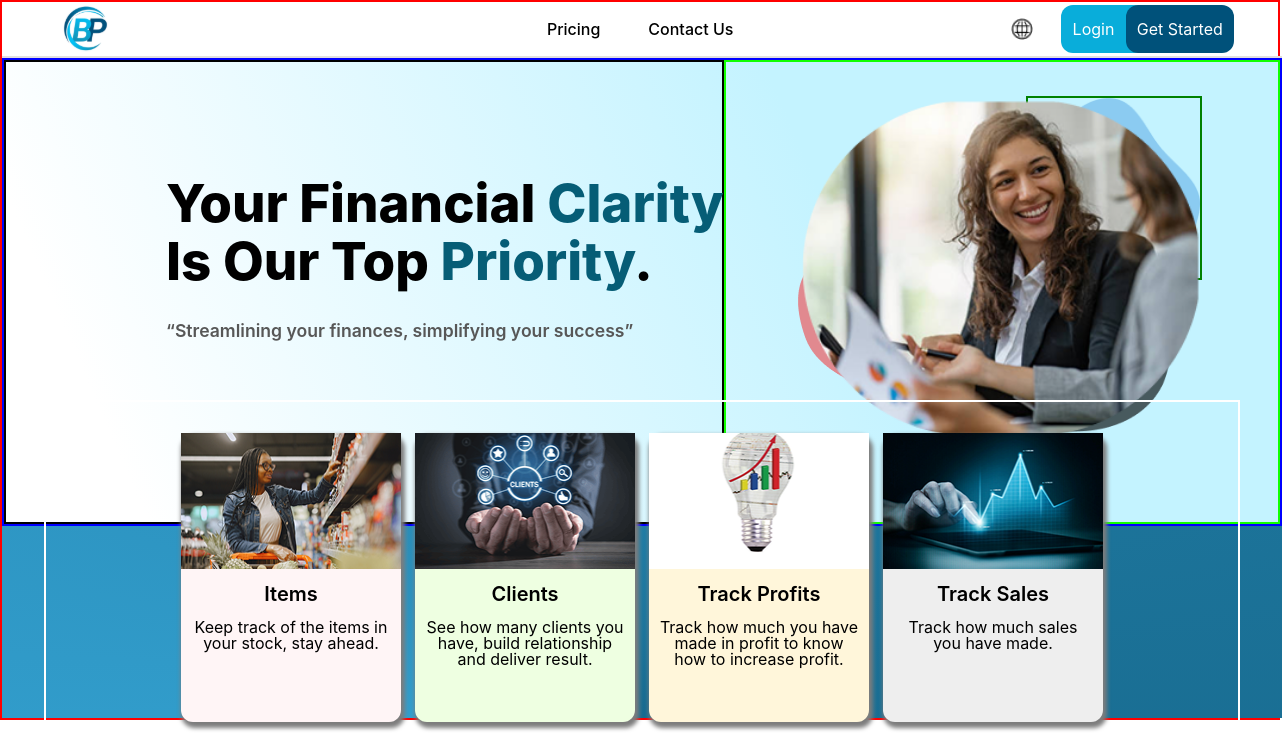
Repository: dark-txch/Bizpadi
Page: /
These files come from the project's save history. The page is drawn as it stood at one moment and after the next save; the edit follows.
The browser window is 1280 px wide. The page is 1282 px wide, so the pictures cover 1282 px, including what lies to the right of the window. The pictures show the whole page.
The project was rebuilt for these pictures with package versions that can differ from the ones it lists, and the page was loaded fresh each time. Also part of the build but not shown: vite.config.js, src/components/ErrorBoundary.jsx, src/components/LandingPage/PricingPage/Pricing.jsx, src/components/LandingPage/LogInPage/LogIn.jsx.

Above is the page before, as saved 2025-04-07 09:45:09.

### index.html
<!DOCTYPE html>
<html lang="en">
	<head>
		<meta charset="UTF-8" />
		<link rel="icon" type="image/svg+xml" href="/public/logo.svg" />
		<meta name="viewport" content="width=device-width, initial-scale=1.0" />
		<title>Bizpadi</title>
	</head>
	<body>
		<div id="root"></div>
		<script type="module" src="/src/main.jsx"></script>
	</body>
</html>

### src/index.css
:root {
	font-family: system-ui, Avenir, Helvetica, Arial, sans-serif;
	line-height: 1.5;
	font-weight: 400;

	color-scheme: light dark;
	color: black;
	background-color: white;

	font-synthesis: none;
	text-rendering: optimizeLegibility;
	-webkit-font-smoothing: antialiased;
	-moz-osx-font-smoothing: grayscale;
}

* {
	box-sizing: border-box;
	padding: 0;
	margin: 0;
	outline: none;
	border: none;
}

body {
	height: 100vh;
	width: 100vw;

	font-family: "inter", sans-serif;
}

a {
	text-decoration: none;
}

### src/App.jsx
import "./App.css";
import { BrowserRouter as Router, Routes, Route } from "react-router-dom";
import ErrorBoundary from "./components/ErrorBoundary";
// Upper imports are very important
import Nav from "./components/LandingPage/Nav";
import PricingPage from "./components/LandingPage/PricingPage/Pricing";
import LogInPage from "./components/LandingPage/LogInPage/LogIn";
import MidSection from "./components/LandingPage/MidSection";
import Footer from "./components/LandingPage/Footer";

function LandingPage() {
	return (
		<>
			<div className="landingPageContainer">
				<Nav />
				<MidSection />
				<Footer />
			</div>
		</>
	);
}

function App() {
	return (
		<Router>
			<Routes>
				<Route path="/" element={<LandingPage />} />
				<Route path="/pricing" element={<PricingPage />} />
				<Route path="/login" element={<LogInPage />} />
			</Routes>
		</Router>
	);
}

export default App;

### src/App.css
/*  LANDING PAGE/Main container */

@font-face {
	font-family: "MyCustomFont";
	src: url("/fonts/Inter/Inter-Italic-VariableFont_opsz,wght.ttf")
			format("truetype"),
		url("/fonts/Inter/Inter-VariableFont_opsz,wght.ttf") format("truetype");
	font-weight: normal;
	font-style: normal;
}
/* ------------------------------------------------------------------------------- */
/* THIS IS THE LANDING PAGE CONTAINER */
.landingPageContainer {
	width: 100vw;
	height: 100vh;
	font-family: "Inter", sans-serif;
	display: grid;
	/* grid-template-rows: 3.5rem 2fr 1fr; */
	grid-template-rows: 3.5rem 1fr 12rem;

	border: 2px solid red;
}

/* ------------------------------------------------------------------------------------ */
/*  THIS IS THE NAV CONTAINER */
.homepage-nav {
	width: 100%;
	display: flex;
	padding: 0 3rem 0;
	font-size: 1rem;
	align-items: center;
	justify-content: space-between;
	border-bottom: 2px solid #e1dfdf;
}
/*  THIS IS THE NAV CONTAINER CHILDREN */
.homepage-nav .logo {
	/* THIS IS THE LOGO CONTAINER */
	display: flex;
	flex: 1;
	align-self: center;
	height: inherit;
}
.homepage-nav .logo img {
	/* THIS IS THE LOGO IMG */
	height: 100%;
	width: auto;
}

.homepage-nav .pricingContact {
	/* THIS IS THE PRICING AND CONTACT US CONTAINER */
	display: flex;
	flex: 3;
	justify-content: center;
	gap: 3rem;
	font-weight: 500;
	line-height: 100%;
	letter-spacing: 0%;
}
.homepage-nav .pricingContact a {
	color: black;
	cursor: pointer;
}

.homepage-nav .loginGetStarted {
	/*THIS IS THE LOGIN AND GET STARTED CONTAINER*/
	height: 3rem;
	display: flex;
	flex: 1;
	justify-content: end;
	align-items: center;
	gap: 0.7rem;
	color: white;
	border-radius: 12px;
}
.homepage-nav .loginGetStarted img {
	/* THIS IS THE LOGIN AND GET STARTED IMAGE */
	height: 1.5rem;
	transform: translate(1rem, 0);
}
.homepage-nav .loginGetStarted a:nth-of-type(1) {
	/* THIS IS THE LOGIN BUTTON */
	background-color: #09adda;
	color: inherit;
	height: inherit;
	border-radius: inherit;
	display: flex;
	align-items: center;
	padding: 0 2rem 0 0.7rem;
	transform: translate(2rem, 0);
}

.homepage-nav .loginGetStarted a:nth-of-type(2) {
	/* THIS IS THE GET STARTED BUTTON*/
	background-color: #00517a;
	display: flex;
	align-items: center;
	white-space: nowrap;
	color: inherit;
	height: inherit;
	border-radius: inherit;
	padding: 0 0.7rem;
	position: relative;
	z-index: 2;
}

/* MIDSECTION -------------------------------------------------------------------------------*/
/* THIS IS THE MIDSECTION THAT HOUSES THE HEADER AND PARAGRAPH */
.midSection {
	display: flex;
	justify-content: center;
	/* align-items: center; */
	width: 100%;
	background: linear-gradient(246.72deg, #c4f3ff 34.96%, #ffffff 90.24%);

	border: 2px solid rgb(0, 0, 255);
}
.landingPageMotto {
	/* THIS IS THE CONTAINER FOR THE HEADER AND PARAGRAPH */
	padding: 3rem;
	/* max-width: 40rem; */
	max-width: 45rem;
	width: 100%;
	flex: 0 0 auto;
	white-space: nowrap;
	/* transform: translate(8rem, 0); */

	border: 2px solid black;
}
.landingPageMotto > h1 {
	font-weight: 800;
	font-size: 3.3rem;
	line-height: 110%;
	text-transform: capitalize;
	margin: 4rem 7rem 2rem;
}
.landingPageMotto > h1 span {
	color: #065d76;
}
.landingPageMotto > p {
	font-weight: 600;
	font-size: 1.1rem;
	line-height: 100%;
	letter-spacing: 0%;
	margin-left: 7rem;
	color: #575757;
}

.landingPageImages {
	/* THIS IS THE LANDING PAGE IMAGES CONTAINER*/
	flex: 1; /* grow to take remaining space */
	height: 100%;
	display: flex;
	justify-content: center;
	align-items: center;
	/* padding: 3rem; */
	overflow: hidden;
	position: relative; /* so children can be absolutely positioned */

	border: 2px solid rgb(17, 255, 0);
}

.landingPageImages > img {
	/* border: 2px solid green; */
	position: absolute;
	margin-top: -3rem;
}

.landingPageImages > img:nth-of-type(1) {
	/* MAIN SMILEY IMAGE */
	border-radius: 150px;
	width: 25rem;
	z-index: 100;
	/* border: 2px solid green; */
}

.landingPageImages > img:nth-of-type(2) {
	/* this is the black vector */
	width: 175.07px;
	height: 184.4px;
	transform: translate(5rem, 4.5rem);

	/* border: 2px solid green; */
}

.landingPageImages > img:nth-of-type(3) {
	/* EGG ROUND LIGHT BLUE VECTOR */
	width: 175.07px;
	height: 184.4px;
	opacity: 0.63;
	transform: translate(-3.8rem, -4.5rem);

	/* border: 2px solid green; */
}

.landingPageImages > img:nth-of-type(4) {
	/* DARK ORANGE VECTOR*/
	height: 153px;
	width: 152px;
	transform: translate(-8rem, 3rem);

	/* border: 2px solid green; */
}

.landingPageImages > img:nth-of-type(5) {
	/* Top right blue vector */
	width: 176px;
	height: 185;

	transform: translate(7rem, -5rem);

	border: 2px solid green;
}

/* FOOTER---------------------------------------------------------------------------------------------- */
/* This is the footer section/container that houses the feature container */
.footer {
	width: 100vw;
	display: flex;
	justify-content: center;
	/* flex: 1; */
	background: conic-gradient(
		from 164.13deg at 41.58% 79.97%,
		#115e80 0deg,
		#3db3e6 3.6deg,
		#115e80 360deg
	);
}

.footer > section {
	width: 1196px;
	height: 354px;
	display: flex;
	justify-content: center;
	align-items: center;
	gap: 14px;
	position: absolute;
	top: 400px;
	z-index: 999;

	border: 2px solid white;
}

/* This is the container that houses all the features in the footer */
.featuresContainer {
	width: 220px;
	height: 289px;
	border-radius: 12px;
	text-align: center;
	letter-spacing: 0%;
	box-shadow: 2px 4px 4px 2px #7d7d7d;
}

.featuresContainer h1 {
	font-weight: 600;
	font-size: 20px;
	line-height: 100%;
	margin-bottom: 15px;
}

.featuresContainer p {
	font-weight: 400;
	font-size: 16px;
	line-height: 100%;
	padding: 0 10px 0;
}

/* This is the general image container for the featuresContainer */
.imageContainer {
	height: 136px;
	width: 100%;
	margin-bottom: 15px;
}

/* General styling for the images in the imageContainer */
.imageContainer img {
	width: 100%;
	height: 100%;
}

/* Added colors to the backgrounds of the footer featuresContainer individually */
.items {
	background-color: #fff5f6;
}
.clients {
	background-color: #eeffe1;
}
.trackProfits {
	background-color: #fff6da;
}
.trackSales {
	background-color: #eeeeee;
}

### src/components/LandingPage/Nav.jsx
import { Link } from "react-router-dom";

export default function Nav() {
	return (
		<>
			{/* THIS IS THE NAV CONTAINER */}
			<nav className="homepage-nav">
				{/* THIS IS THE LOGO CONTAINER */}
				<div className="logo">
					<img src="/assets/icons/logo.svg" alt="Bizpadi icon" />
				</div>

				{/* THIS IS THE PRICING AND CONTACT US CONTAINER */}
				<div className="pricingContact">
					<Link to="/pricing">Pricing</Link>
					<a href="#">Contact Us</a>
				</div>

				{/* THIS IS THE LOGIN AND GET STARTED CONTAINER*/}
				<div className="loginGetStarted">
					<img src="/assets/icons/world.png" alt="world" />
					<Link to="/login">Login</Link>
					<a href="#">Get Started</a>
				</div>
			</nav>
		</>
	);
}

### src/components/LandingPage/MidSection.jsx
export default function MidSection() {
	return (
		<section className="midSection">
			<div className="landingPageMotto">
				<h1>
					Your financial{" "}
					<span>
						clarity <br />
					</span>
					is our top <span>priority</span>.
				</h1>
				<p>“Streamlining your finances, simplifying your success”</p>
			</div>

			{/* This is the images section in the mid section */}
			<div className="landingPageImages">
				<img src="/assets/images/smiley.png" alt="smiley" />
				<img src="/assets/images/Vector-black.png" alt="vector-black" />
				<img src="/assets/images/Vector-blue.png" alt="vector-blue" />
				<img src="/assets/images/Vector-orange.png" alt="vector-orange" />
				<img src="/assets/images/Vector.png" alt="vector" />
			</div>
		</section>
	);
}

### src/components/LandingPage/Footer.jsx
export default function Footer() {
	return (
		<div className="footer">
			{/* The section container is the parent to the features */}
			<section>
				<div className="featuresContainer items">
					{/* The feautureOntainer class is given to all the divs housing the features */}
					<div className="imageContainer">
						<img src="/public/assets/images/client-1.png" alt="client-1" />
					</div>
					<h1>Items</h1>
					<p>Keep track of the items in your stock, stay ahead.</p>
				</div>

				<div className="featuresContainer clients">
					<div className="imageContainer">
						<img src="/public/assets/images/client-2.png" alt="client-2" />
					</div>
					<h1>Clients</h1>
					<p>
						See how many clients you have, build relationship and deliver
						result.
					</p>
				</div>

				<div className="featuresContainer trackProfits">
					<div className="imageContainer">
						<img
							src="/public/assets/images/track-profit.png"
							alt="track-profit"
						/>
					</div>
					<h1>Track Profits</h1>
					<p>
						Track how much you have made in profit to know how to increase
						profit.
					</p>
				</div>

				<div className="featuresContainer trackSales">
					<div className="imageContainer">
						<img
							src="../../../public/assets/images/track-sales.png"
							alt="track-sales"
						/>
					</div>
					<h1>Track Sales</h1>
					<p>Track how much sales you have made.</p>
				</div>
			</section>
		</div>
	);
}

Loaded but not shown: src/main.jsx (common file)

After the next save:
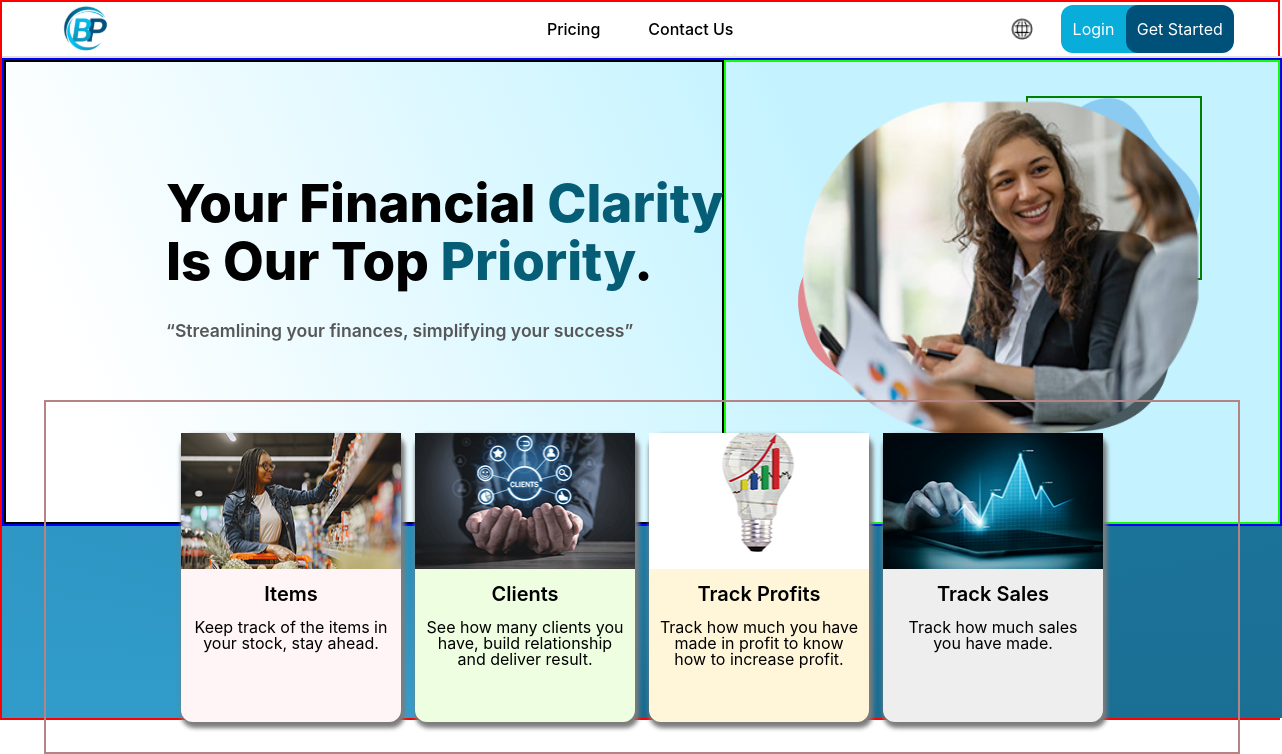
Saved 7 s later.
--- a/src/App.css
+++ b/src/App.css
@@ -237,7 +237,7 @@
 	top: 400px;
 	z-index: 999;
 
-	border: 2px solid white;
+	border: 2px solid rgb(180, 132, 132);
 }
 
 /* This is the container that houses all the features in the footer */
